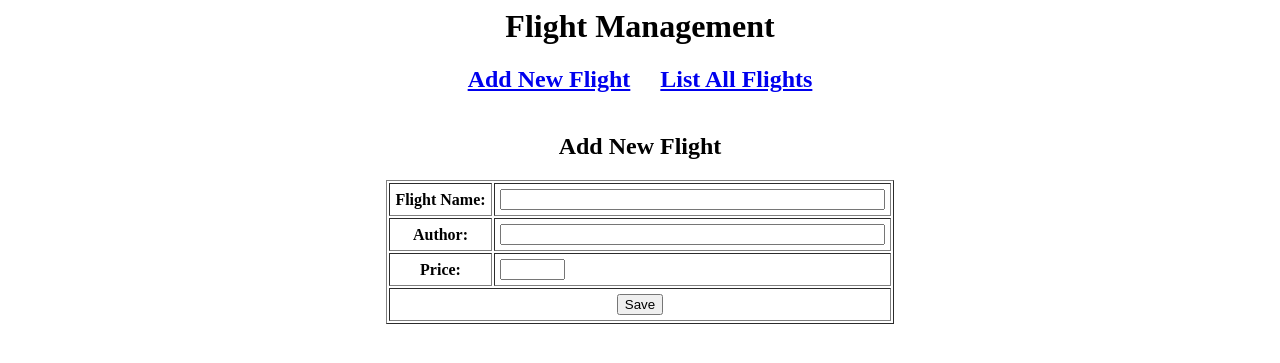
Repository: pawankas/Java_Mini_Project
Page: http://localhost/AirReservation/FlightForm.jsp
These files come from the project's save history. The page is drawn as it stood at one moment and after the next save; the edit follows.
The browser window is 1280 px wide. The pictures show the whole page.
The page is served by Tomcat 9. The template is opened directly, without the code that normally fills it, so the values that code supplies are empty.

Above is the page before, as saved 2022-03-13 04:48:27.

After the next save:
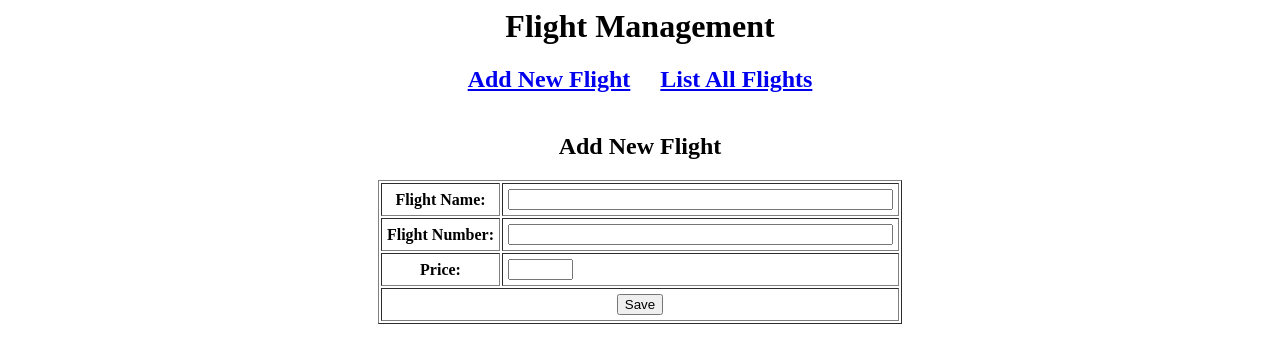
Saved 17 s later.
--- a/final/AirReservation/WebContent/FlightForm.jsp
+++ b/final/AirReservation/WebContent/FlightForm.jsp
@@ -45,7 +45,7 @@
                 </td>
             </tr>
             <tr>
-                <th>Author: </th>
+                <th>Flight Number: </th>
                 <td>
                     <input type="text" name="author" size="45"
                             value="<c:out value='${book.author}' />"
